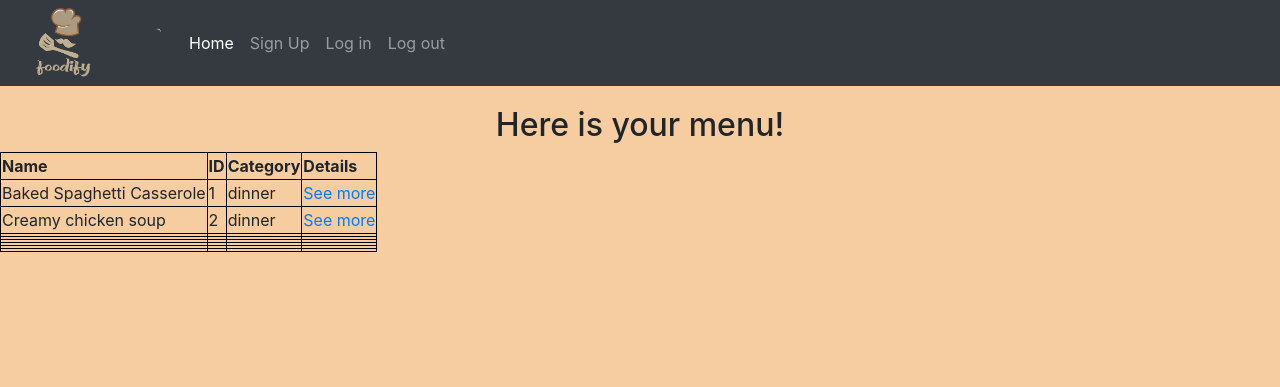
Repository: RanaHisham18/Foodify-Web-App
Page: Project IA raghda/usermenu.html
An editor plug-in stored every save of this project. The page is shown before and after a run of saves, followed by the edit.
The browser window is 1280 px wide. The pictures show the whole page.

Above is the page before, as saved 2022-01-06 18:27:47.

### Project IA raghda/usermenu.html
<!DOCTYPE html>
<html lang="en">
<head>
    <meta charset="UTF-8">
    <meta http-equiv="X-UA-Compatible" content="IE=edge">
    <meta name="viewport" content="width=device-width, initial-scale=1.0">
    <link rel="stylesheet" href="https://maxcdn.bootstrapcdn.com/bootstrap/4.0.0/css/bootstrap.min.css"
     integrity="sha384-Gn5384xqQ1aoWXA+058RXPxPg6fy4IWvTNh0E263XmFcJlSAwiGgFAW/dAiS6JXm" crossorigin="anonymous">
     <link rel ="stylesheet" href="usermenu.css">
    <title>Document</title>
</head>
<body>
    <!--Navigation Bar-->
 <nav class="navbar navbar-expand-lg navbar-dark bg-dark sticky-top">
    <img class="image" src="images/foodify.png" alt="Foodify logo">

       <button class="navbar-toggler" type="button" data-bs-toggle="collapse" data-bs-target="#navbarScroll" aria-controls="navbarScroll" aria-expanded="false" aria-label="Toggle navigation">
         <span class="navbar-toggler-icon"></span>
       </button>
     <div class="container-fluid">
         <div class="collapse navbar-collapse" id="navbarScroll">
           <ul class="navbar-nav me-auto my-2 my-lg-0 navbar-nav-scroll" style="--bs-scroll-height: 100px;">
             <li class="nav-item">
               <a class="nav-link active" aria-current="page" href="home.php">Home</a>
             </li>
             <li class="nav-item">
               <a class="nav-link" href="register.php">Sign Up</a>
             </li>
             <li class="nav-item">
               <a class="nav-link" href="login.php">Log in</a>
             </li>
             <li class="nav-item">
               <a class="nav-link" href="login.php">Log out</a>

             </li>
           </ul>

         </div>
       </div>
   </nav>

   <h2>Here is your menu!</h2>

   <table>
<tr>
    <th>Name</th>
    <th>ID</th>
    <th>Category</th>
    <th>Details</th>
</tr>

<tr>
    <td> Baked Spaghetti Casserole</td>
    <td>1</td>
    <td>dinner</td>
    <td><a href="dinner.html">See more</a></td>
</tr>

<tr>
    <td>Creamy chicken soup</td>
    <td>2</td>
    <td>dinner</td>
    <td><a href="dinner.html">See more</a></td>
</tr>

<tr>
    <td></td>
    <td></td>
    <td></td>
    <td></td>
</tr>
<tr>
    <td></td>
    <td></td>
    <td></td>
    <td></td>
</tr>
<tr>
    <td></td>
    <td></td>
    <td></td>
    <td></td>
</tr>
<tr>
    <td></td>
    <td></td>
    <td></td>
    <td></td>
</tr>
<tr>
    <td></td>
    <td></td>
    <td></td>
    <td></td>
</tr>
<tr>
    <td></td>
    <td></td>
    <td></td>
    <td></td>
</tr>

   </table>
</body>
</html>

### Project IA raghda/usermenu.css
.image{
    cursor: pointer;
    height:70px;
     width:130px;
    margin-left: 20px;
  }
  .scroll{
      margin-top:200px;
      margin-left:50px;
  }
body
{
    background-color: #f5cda0;
}
h2{
    text-align: center;
    margin-top:  20px;
}
table, th, td {
    border:1px solid black;
  }

After the next 4 saves:
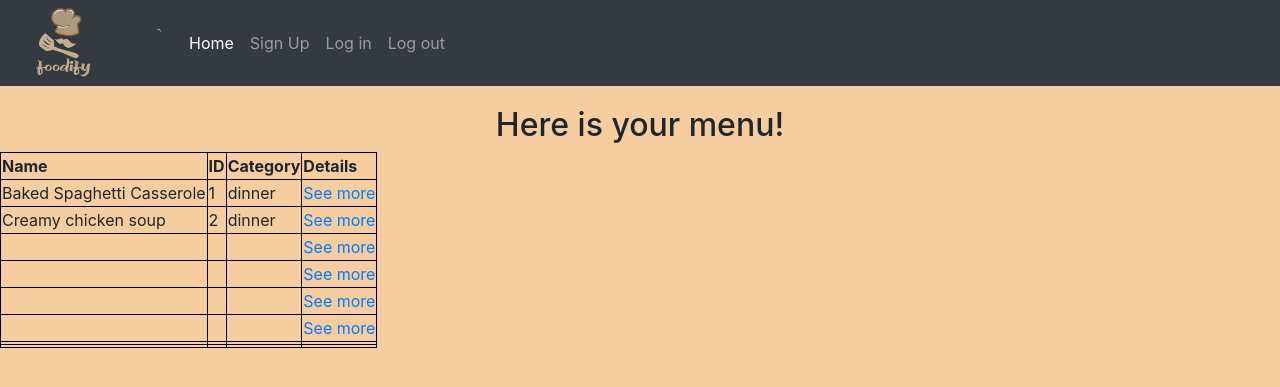
The 4 saves are shown as one change because they came seconds apart.
The last was saved 11 s later.
--- a/Project IA raghda/usermenu.html
+++ b/Project IA raghda/usermenu.html
@@ -67,25 +67,25 @@
     <td></td>
     <td></td>
     <td></td>
-    <td></td>
+    <td><a href="dinner.html">See more</a></td>
 </tr>
 <tr>
     <td></td>
     <td></td>
     <td></td>
-    <td></td>
+    <td><a href="dinner.html">See more</a></td>
 </tr>
 <tr>
     <td></td>
     <td></td>
     <td></td>
-    <td></td>
+    <td><a href="dinner.html">See more</a></td>
 </tr>
 <tr>
     <td></td>
     <td></td>
     <td></td>
-    <td></td>
+    <td><a href="dinner.html">See more</a></td>
 </tr>
 <tr>
     <td></td>
